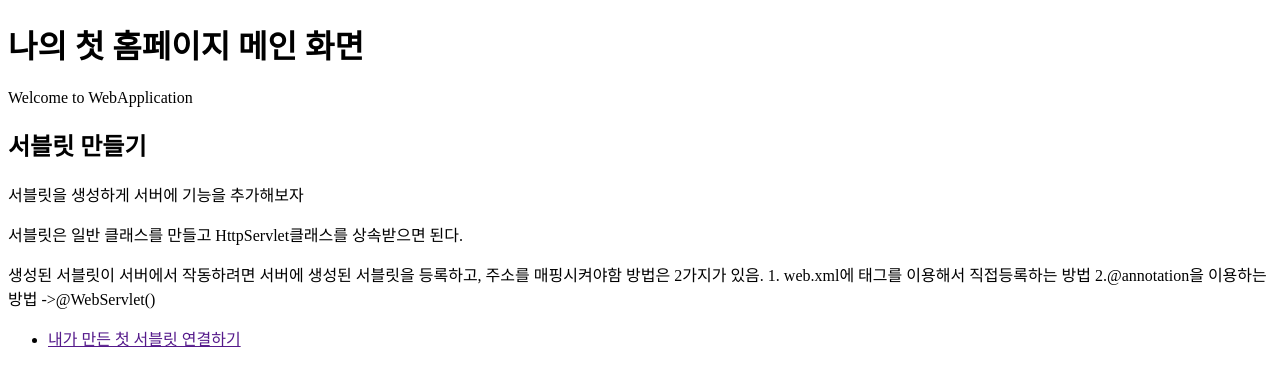
Repository: Jiwon-cho/WASPractice
Page: 01_basicservlet/web/index.html
These files come from the project's save history. The page is drawn as it stood at one moment and after the next save; the edit follows.
The browser window is 1280 px wide. The pictures show the whole page.

Above is the page before, as saved 2021-04-29 11:39:46.

After the next save:
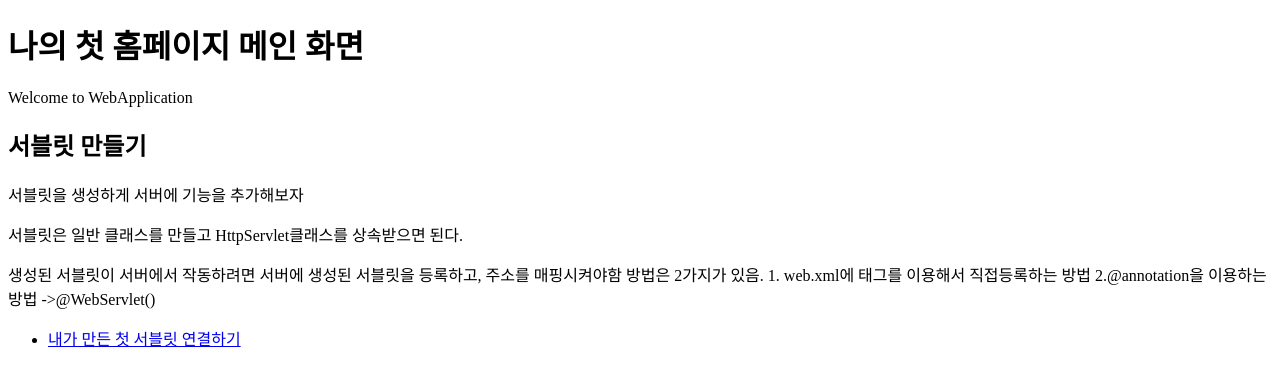
Saved 7 min 28 s later.
--- a/01_basicservlet/web/index.html
+++ b/01_basicservlet/web/index.html
@@ -17,7 +17,7 @@
 	2.@annotation을 이용하는 방법 ->@WebServlet()
 	</p>
 	<ul>
-	<li><a href="">내가 만든 첫 서블릿 연결하기</a>
+	<li><a href="error">내가 만든 첫 서블릿 연결하기</a>
 	</ul>
 
 
